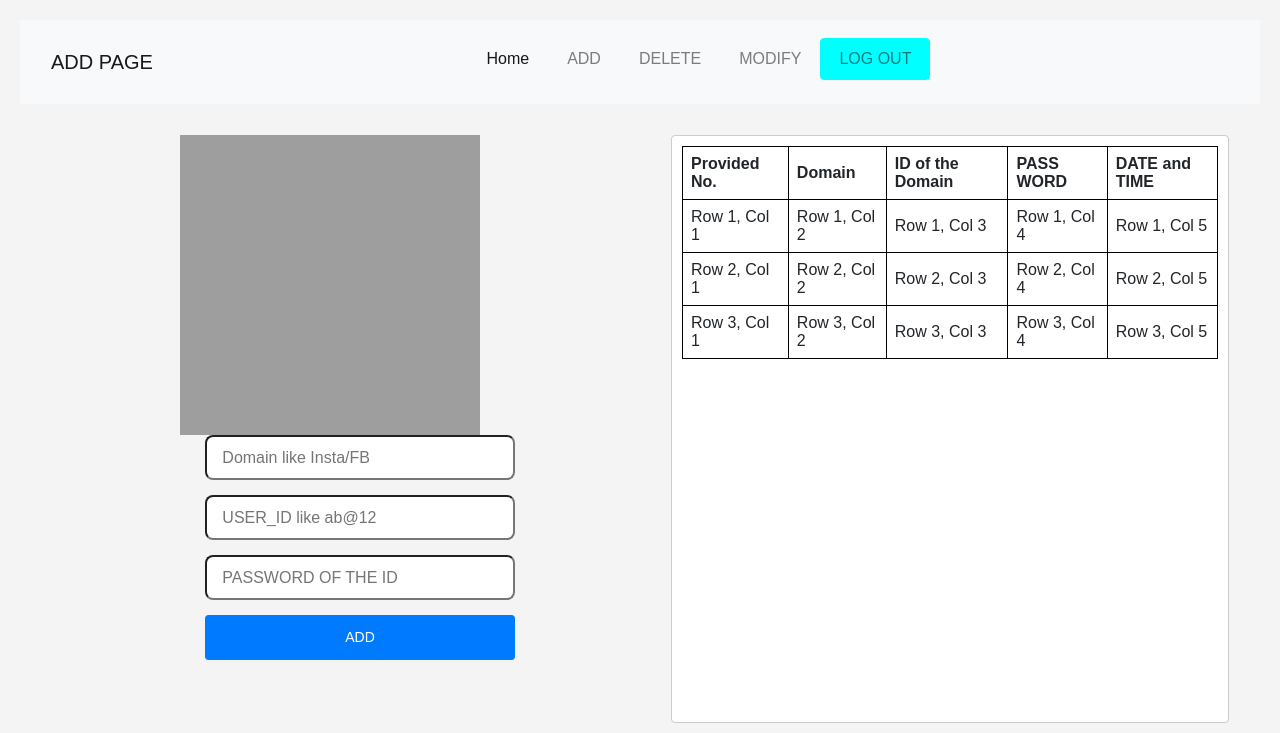
Repository: wizzy-abhishek/Projects
Page: http://localhost/Iam_Doing/Details_Action.jsp
These files come from the project's save history. The page is drawn as it stood at one moment and after the next save; the edit follows.
The browser window is 1280 px wide. The pictures show the whole page.
Pictures or frames that could not be fetched are drawn as grey boxes. Some web libraries are served in a nearby version. The page is served by Tomcat 10. Nobody is signed in. The application's start-up code is not run. Other server files are loaded and not shown.

Above is the page before, as saved 2024-06-28 14:30:33.

### Iam_Doing/src/main/webapp/Details_Action.jsp
<%@ page language="java" contentType="text/html; charset=UTF-8"
    pageEncoding="UTF-8"%>
<%@ page import="java.util.List" %>
<%@ page import="com.pojo.RealInfo" %>
<html lang="en">
<head>
    <meta charset="UTF-8">
    <meta name="viewport" content="width=device-width, initial-scale=1.0">
    <link href="https://stackpath.bootstrapcdn.com/bootstrap/4.5.2/css/bootstrap.min.css" rel="stylesheet">
    <title>ADD DETAILS</title>
    <style>
        body {
            font-family: 'Arial', sans-serif;
            margin: 0;
            padding: 20px;
            display: flex;
            justify-content: center;
            align-items: flex-start;
            flex-wrap: wrap;
            height: 100vh;
            background-color: #f4f4f4;
        }

        .left-column, .right-column {
            width: 45%;
            margin: 2.5%;
        }

        .scrollable-table {
            overflow-y: auto;
            height: calc(90vh - 60px); /* Adjust if needed */
            border: 1px solid #ccc;
            border-radius: 4px;
            padding: 10px;
            background-color: #fff;
            margin-bottom: 10px; /* Reduced margin to create less space */
        }

        table {
            width: 100%;
            border-collapse: collapse;
        }

        table, th, td {
            border: 1px solid black;
        }

        th, td {
            padding: 8px;
            text-align: left;
        }

        form input, form button {
            display: block;
            width: 100%;
            margin-bottom: 10px;
            border-radius: 8px;
            margin-down : 10px ;
            margin-right : 20px;
            margin-top : 10px ;

        }

        .form-group {
            width: 250px;
            height : 60px ;
            margin: 0 auto;

        }

        .header text-center {
            width: 300px;
            height: 300px;
            margin: 15px auto;
            background-color: #ddd;
            border: 1px solid #ccc;
            display: flex;
            justify-content: center;
            align-items: center;
            font-size: 14px;
            color: #777;

        }

        .logout-btn {
            background-color: cyan !important;
            border-color: cyan !important;
        }

        @media (max-width: 768px) {
            .left-column, .right-column {
                width: 100%;
                order: 1;
            }

            .scrollable-table {
                height: auto;
            }
        }
    </style>
</head>
<body>
<nav class="navbar navbar-expand-lg navbar-light bg-light w-100">
  <div class="container-fluid">
    <a class="navbar-brand">ADD PAGE</a>
    <div class="collapse navbar-collapse" id="navbarNav">
      <ul class="navbar-nav mx-auto">
        <li class="nav-item">
          <form action="LoggedIn" method="post">
            <button type="submit" class="btn nav-link active" aria-current="page">Home</button>
          </form>
        </li>
        <li class="nav-item">
          <form action="Add_Details" method="post">
            <button type="submit" class="btn nav-link">ADD</button>
          </form>
        </li>
        <li class="nav-item">
          <form action="/option2" method="get">
            <button type="submit" class="btn nav-link">DELETE</button>
          </form>
        </li>
        <li class="nav-item">
          <form action="/option3" method="get">
            <button type="submit" class="btn nav-link">MODIFY</button>
          </form>
        </li>
        <li class="nav-item">
          <form action="Logout" method="post">
            <button type="submit" class="btn nav-link logout-btn">LOG OUT</button>
          </form>
        </li>
      </ul>
    </div>
  </div>
</nav>

<div class="left-column">
    <div class="header text-center">
    <img src="Superman.png" alt="Website Logo" height="300" width="300" >
    </div>


    <form action="Complete_ADD" method="post">
        <div class="form-group">
            <input type="text" name="Domain" placeholder=" &nbsp Domain like Insta/FB" required style="width: 310px; height : 45px ;margin: 0 auto;">
        </div>
        <div class="form-group">
            <input type="text" name="UserId_of_Domain" placeholder=" &nbsp USER_ID like ab@12" required  style="width: 310px; height : 45px ;margin: 0 auto; ">
        </div>
        <div class="form-group">
            <input type="text" name="Password_of_User_ID" placeholder=" &nbsp PASSWORD OF THE ID" required  style="width: 310px; height : 45px ; margin: 0 auto; ">
        </div>
        <div class="form-group">
            <button type="submit" class="btn btn-primary btn-sm"  style="width: 310px; height : 45px ; margin: 0 auto; ">ADD</button>
        </div>
    </form>
</div>
<hr>

<div class="right-column">
    <div class="scrollable-table">
        <table>
            <thead>
                <tr>
                    <th>Provided No.</th>
                    <th>Domain</th>
                    <th>ID of the Domain</th>
                    <th>PASS WORD</th>
                    <th>DATE and TIME</th>
                </tr>
            </thead>
            <tbody id="table-body">
                <%
                    List<RealInfo> realInfoList = (List<RealInfo>) request.getAttribute("realInfoList");
                    if (realInfoList != null) {
                        int providedNo = 1;
                        for (RealInfo info : realInfoList) {
                            %>
                            <tr>
                                <td><%= info.getId() %></td>
                                <td><%= info.getDomain() %></td>
                                <td><%= info.getUserID() %></td>
                                <td><%= info.getPassword() %></td>
                                <td><%= info.getAddDate() %></td>
                            </tr>
                            <%
                        }
                    }
                %>
            </tbody>
        </table>
    </div>
</div>


<script>
    // Sample data to demonstrate dynamic row addition
    const data = [
        ["Row 1, Col 1", "Row 1, Col 2", "Row 1, Col 3", "Row 1, Col 4", "Row 1, Col 5"],
        ["Row 2, Col 1", "Row 2, Col 2", "Row 2, Col 3", "Row 2, Col 4", "Row 2, Col 5"],
        ["Row 3, Col 1", "Row 3, Col 2", "Row 3, Col 3", "Row 3, Col 4", "Row 3, Col 5"]
    ];

    const tableBody = document.getElementById('table-body');

    data.forEach(rowData => {
        const row = document.createElement('tr');
        rowData.forEach(cellData => {
            const cell = document.createElement('td');
            cell.textContent = cellData;
            row.appendChild(cell);
        });
        tableBody.appendChild(row);
    });
</script>

<script src="https://code.jquery.com/jquery-3.5.1.slim.min.js"></script>
<script src="https://cdn.jsdelivr.net/npm/@popperjs/core@2.5.4/dist/umd/popper.min.js"></script>
<script src="https://stackpath.bootstrapcdn.com/bootstrap/4.5.2/js/bootstrap.min.js"></script>
</body>
</html>

After the next save:
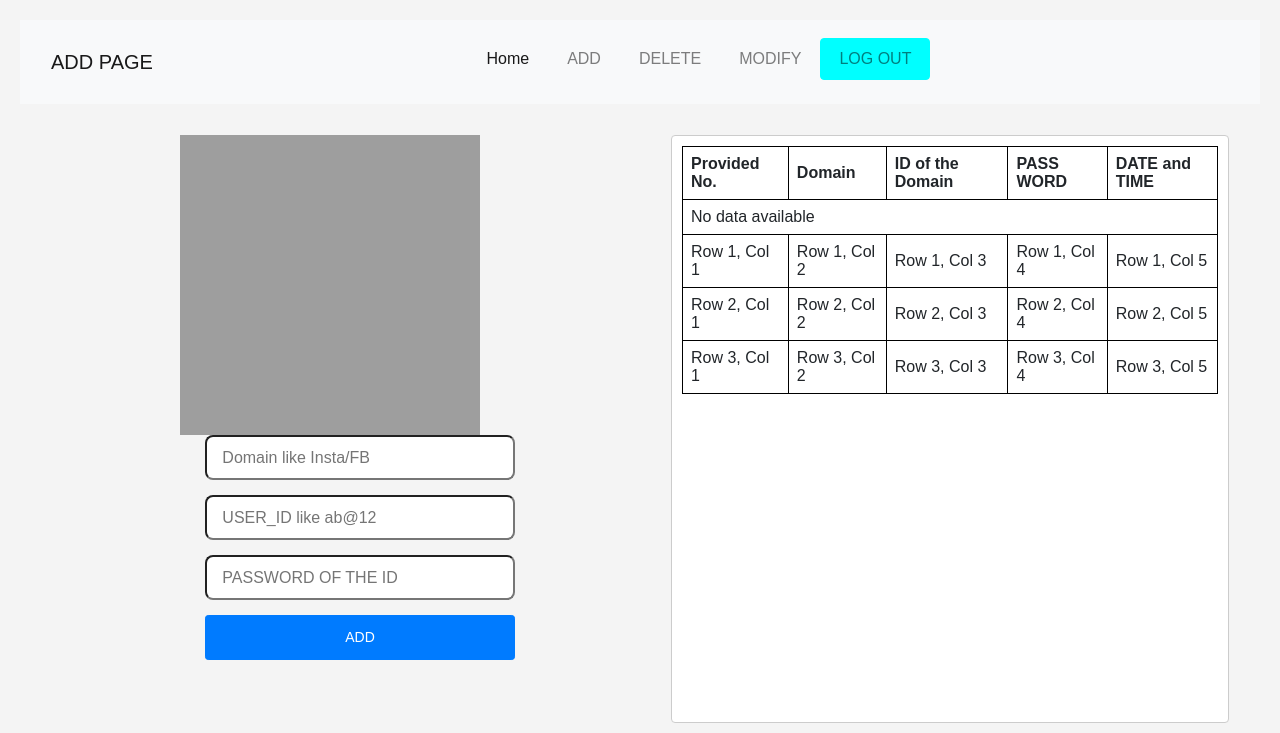
Saved 5 min 58 s later.
--- a/Iam_Doing/src/main/webapp/Details_Action.jsp
+++ b/Iam_Doing/src/main/webapp/Details_Action.jsp
@@ -172,10 +172,11 @@
             </thead>
             <tbody id="table-body">
                 <%
-                    List<RealInfo> realInfoList = (List<RealInfo>) request.getAttribute("realInfoList");
+                    List<RealInfo> realInfoList = (List<RealInfo>) session.getAttribute("realInfoList");
                     if (realInfoList != null) {
                         int providedNo = 1;
                         for (RealInfo info : realInfoList) {
+                        	System.out.println(info);
                             %>
                             <tr>
                                 <td><%= info.getId() %></td>
@@ -186,6 +187,12 @@
                             </tr>
                             <%
                         }
+                    } else {
+                        %>
+                        <tr>
+                            <td colspan="5">No data available</td>
+                        </tr>
+                        <%
                     }
                 %>
             </tbody>
